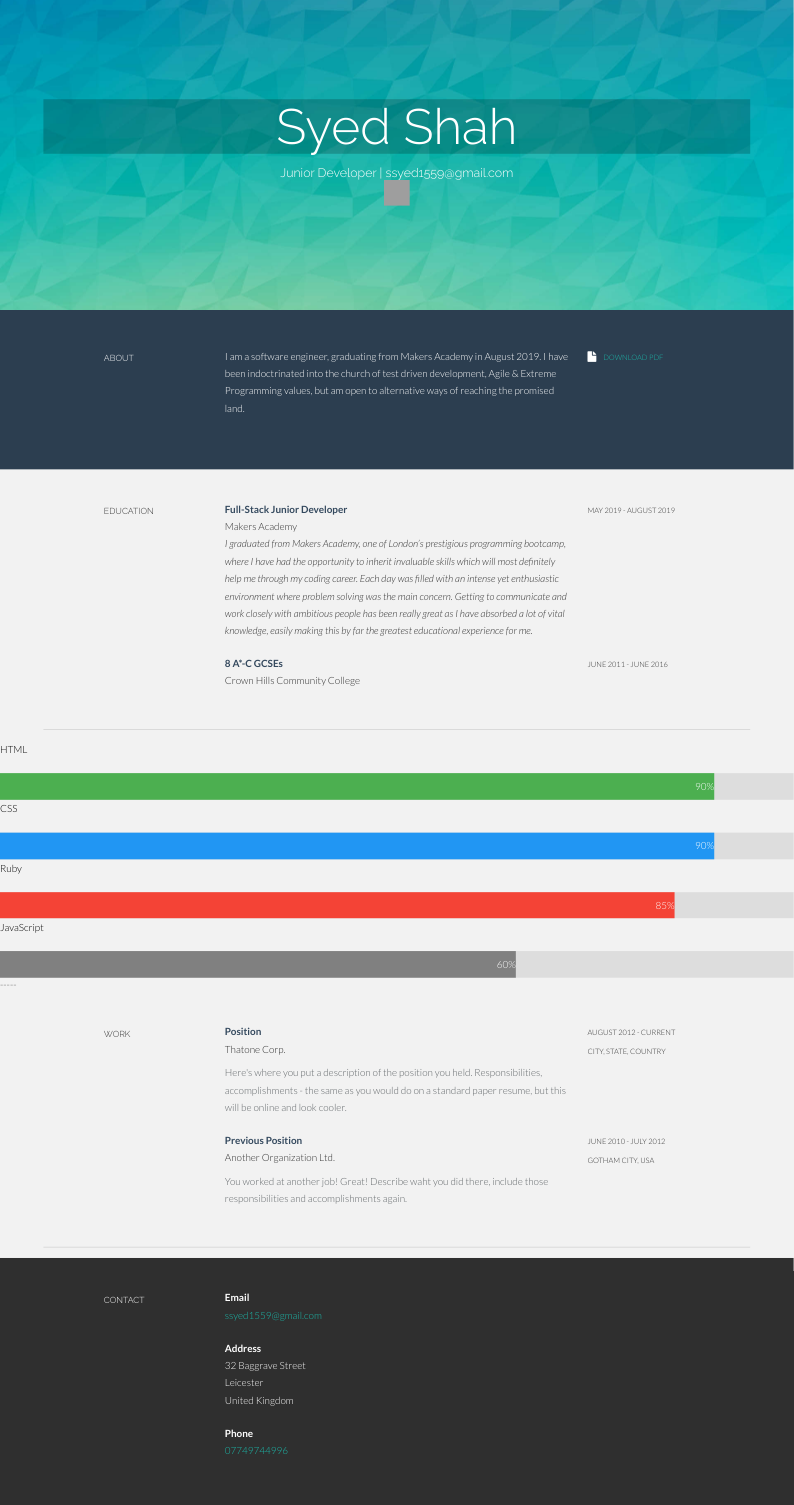
Repository: Syed-A-Shah/Resume
Page: index.html
The author's editor kept a record of every edit. The page is drawn from the files as they stood at one moment, then again after the next edit.
The browser window is 1280 px wide. The pictures show the whole page, at 62% of full size.
Pictures or frames that could not be fetched are drawn as grey boxes.

Above is the page before.

After the next edit:
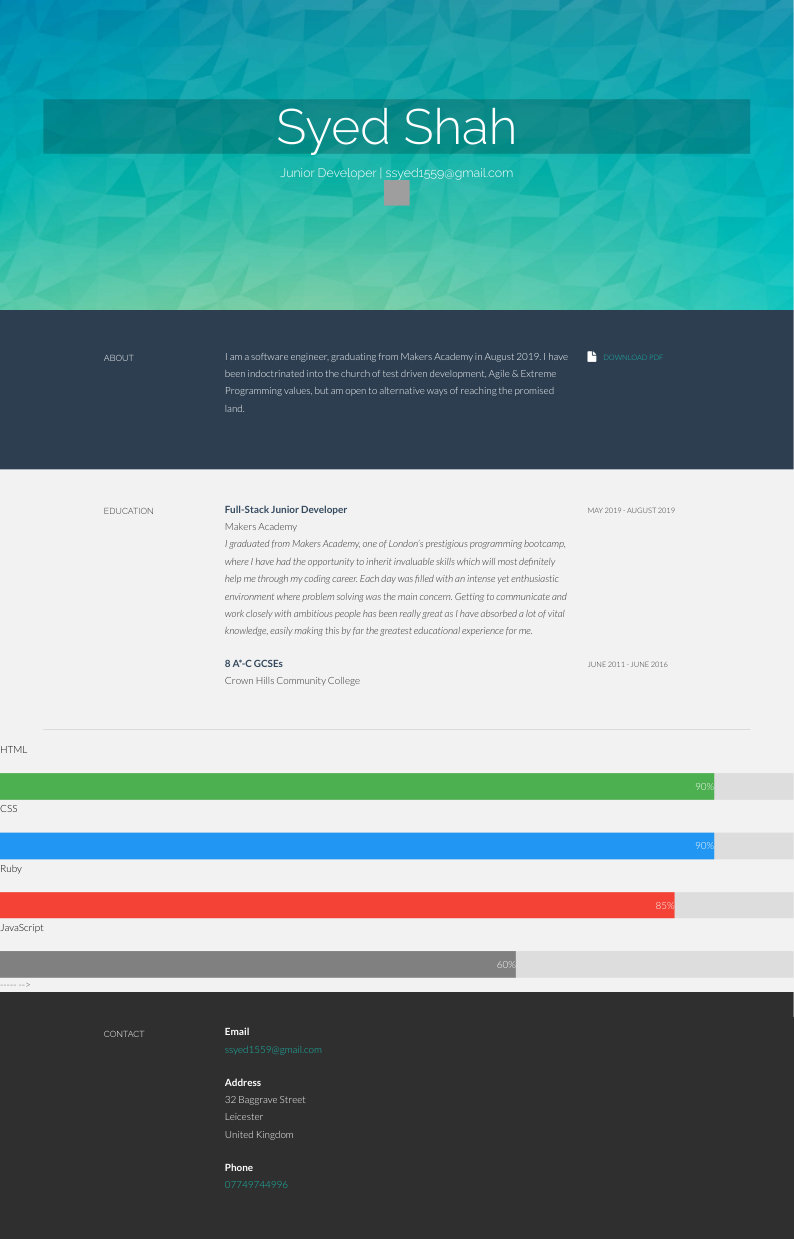
The edit:
--- a/index.html
+++ b/index.html
@@ -127,39 +127,39 @@
 	  <div class="skills js">60%</div>
 	</div>
 	-----
-	<div class="container desc">
-		<div class="row">
+	<!--<div class="container desc">-->
+	<!--	<div class="row">-->
 
-				<div class="col-lg-2 col-lg-offset-1">
-					<h5>WORK</h5>
-				</div>
+	<!--			<div class="col-lg-2 col-lg-offset-1">-->
+	<!--				<h5>WORK</h5>-->
+	<!--			</div>-->
 				<!-- EDIT: work line 1 -->
-				<div class="col-lg-6">
-					<p class="tight"><t>Position </t><br/>
-						Thatone Corp. <br/>
-					</p>
-					<p><more>Here's where you put a description of the position you held. Responsibilities, accomplishments - the same as you would do on a standard paper resume, but this will be online and look cooler.</more></p>
-				</div>
-				<div class="col-lg-3">
-					<p><sm>AUGUST 2012 - CURRENT <br />
-					CITY, STATE, COUNTRY</sm></p>
-				</div>
+	<!--			<div class="col-lg-6">-->
+	<!--				<p class="tight"><t>Position </t><br/>-->
+	<!--					Thatone Corp. <br/>-->
+	<!--				</p>-->
+	<!--				<p><more>Here's where you put a description of the position you held. Responsibilities, accomplishments - the same as you would do on a standard paper resume, but this will be online and look cooler.</more></p>-->
+	<!--			</div>-->
+	<!--			<div class="col-lg-3">-->
+	<!--				<p><sm>AUGUST 2012 - CURRENT <br />-->
+	<!--				CITY, STATE, COUNTRY</sm></p>-->
+	<!--			</div>-->
 
 				<!-- EDIT: work line 2-->
-				<div class="col-lg-6 col-lg-offset-3">
-					<p class="tight"><t>Previous Position</t><br/>
-						Another Organization Ltd. <br/>
-					</p>
-					<p><more>You worked at another job! Great! Describe waht you did there, include those responsibilities and accomplishments again.</more></p>
-				</div>
-				<div class="col-lg-3">
-					<p><sm>JUNE 2010 - JULY 2012 <br />
-					GOTHAM CITY, USA</sm></p>
-				</div>
-		</div><!--/.row -->
-		<br>
-		<hr>
-	</div><!--/.container -->
+	<!--			<div class="col-lg-6 col-lg-offset-3">-->
+	<!--				<p class="tight"><t>Previous Position</t><br/>-->
+	<!--					Another Organization Ltd. <br/>-->
+	<!--				</p>-->
+	<!--				<p><more>You worked at another job! Great! Describe waht you did there, include those responsibilities and accomplishments again.</more></p>-->
+	<!--			</div>-->
+	<!--			<div class="col-lg-3">-->
+	<!--				<p><sm>JUNE 2010 - JULY 2012 <br />-->
+	<!--				GOTHAM CITY, USA</sm></p>-->
+	<!--			</div>-->
+	<!--	</div><!--/.row -->-->
+	<!--	<br>-->
+	<!--	<hr>-->
+	<!--</div><!--/.container -->
 
 	<section id="contact" name="contact"></section>
 		<!--FOOTER DESCRIPTION -->
